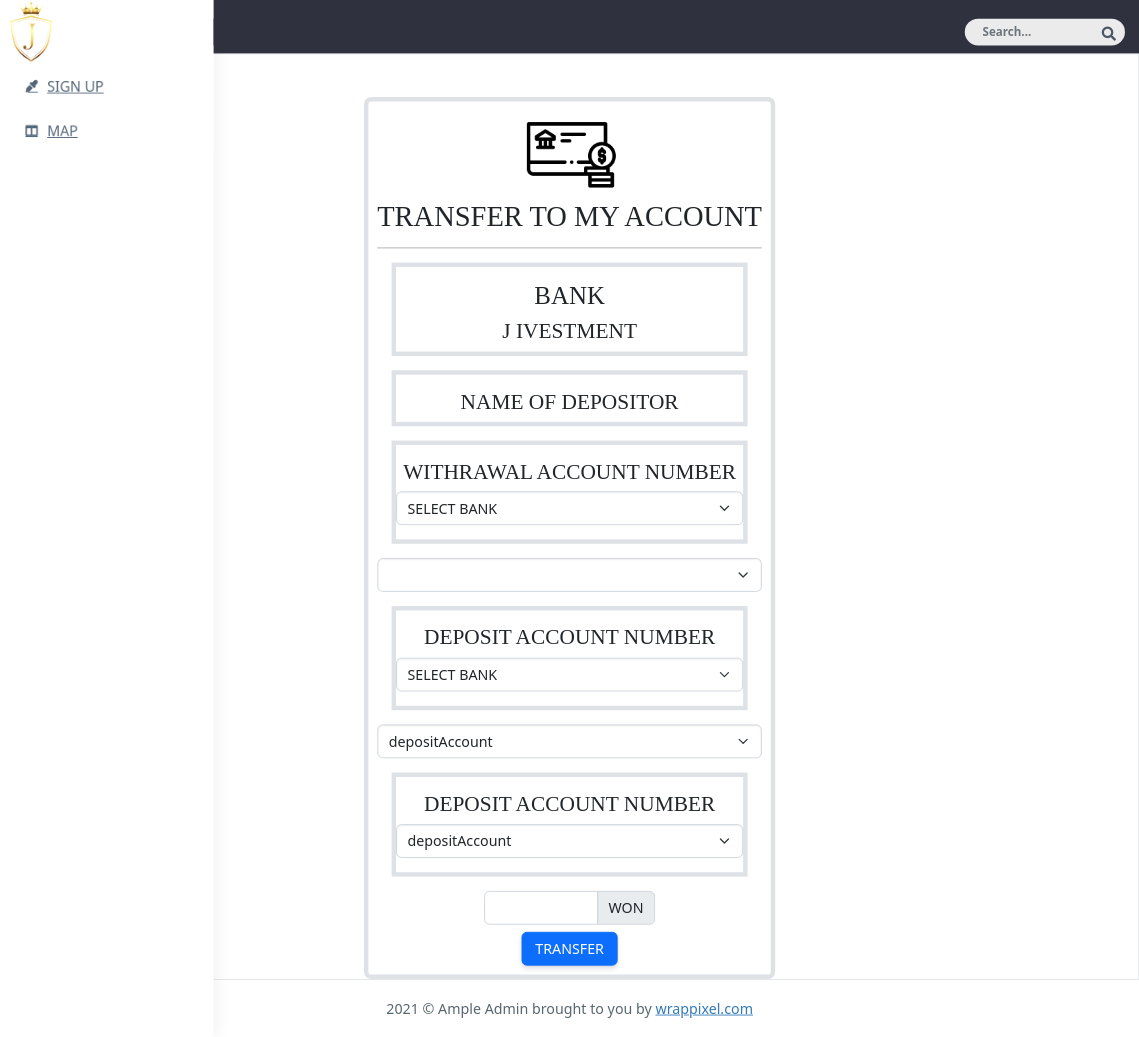
Repository: chopilyeon/HanaOpenBanking
Page: http://localhost/OpenBanking/jsp/bank/transferToMyAccount.jsp
These files come from the project's save history. The page is drawn as it stood at one moment and after the next save; the edit follows.
The browser window is 1280 px wide. The pictures show the whole page, at 89% of full size.
Some web fonts or font styles are not loaded; a fallback is used. The page is served by Tomcat 9.

Above is the page before, as saved 2022-08-01 15:46:32.
Console error: SyntaxError: Unexpected token ')'

After the next save:
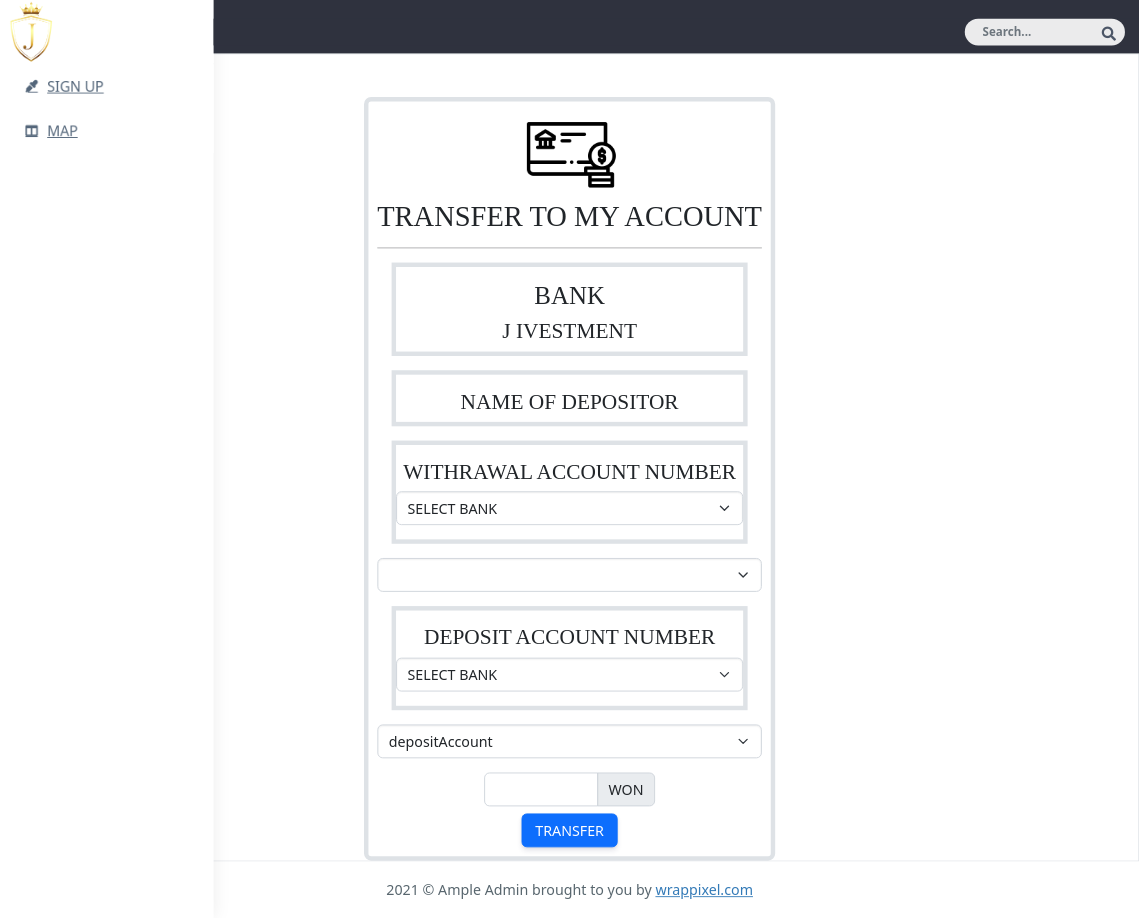
Saved 31 s later.
--- a/OpenBanking/src/main/webapp/jsp/bank/transferToMyAccount.jsp
+++ b/OpenBanking/src/main/webapp/jsp/bank/transferToMyAccount.jsp
@@ -184,21 +184,11 @@ let withdrawalBank;
 
 							</select>
 					</div>
-
-						<div class="box-text m-3 border">
-						<h4 class="mt-3">DEPOSIT ACCOUNT NUMBER</h4>
-							<select name="depositAccountNumber" class="mb-3 form-select">
-								<option value="none">depositAccount</option>
-								<c:forEach items="${ bankList}" var="bankList">
-									<option value="${bankList.accountNumber}">[${bankList.bankName}] ${bankList.accountNumber}</option>
-								</c:forEach>
-							</select>
-						</div>
-						<div class="input-group container w-50">
- 							 <input type="number" name="tranAmount" class="form-control" aria-label="Dollar amount (with dot and two decimal places)">
-  							 <span class="input-group-text">WON</span>
-
-						</div>
+					<div class="input-group container w-50">
+ 						 <input type="number" name="tranAmount" class="form-control" aria-label="Dollar amount (with dot and two decimal places)">
+  						 <span class="input-group-text">WON</span>
+
+					</div>
 
 
 						<button type="SUBMIT" class="btn btn-primary mt-2 w-25">TRANSFER</button>
